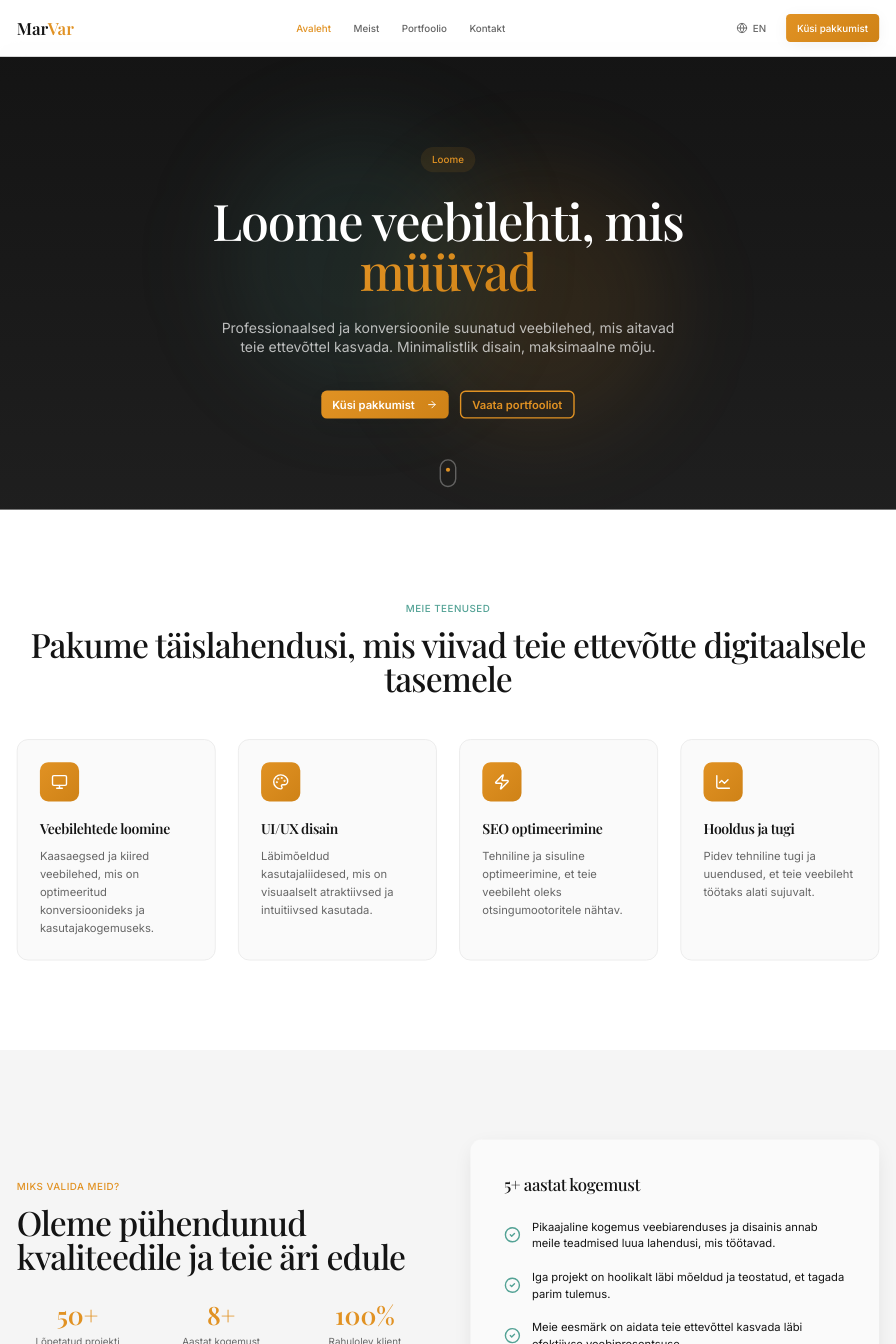
Repository: marvar-tarkvara/MARVAR-LEHT
Page: /
The author's editor kept a copy of each file at every save. The page is drawn from the files as they stood at one save, then again after the next save.
The browser window is 1280 px wide. The pictures show the part of the page from y = 0 to 1920 px (the page is 3005 px tall), at 70% of full size.
Some web fonts or font styles are not loaded; a fallback is used. The project was rebuilt for these pictures with package versions that can differ from the ones it lists, and the page was loaded fresh each time. The framework's server and built-in components were replaced by stand-ins that run in the browser. Also part of the build but not shown: next.config.ts, components/ui/tooltip.tsx.

Above is the page before, as saved 2026-01-18 18:48:28.

### app/layout.tsx
import type { Metadata } from "next";
import { Inter, Playfair_Display } from "next/font/google";
import { LanguageProvider } from "@/contexts/LanguageContext";
import { Toaster } from "@/components/ui/toaster";
import { TooltipProvider } from "@/components/ui/tooltip";
import "./globals.css";

const inter = Inter({
  subsets: ["latin"],
  variable: "--font-inter",
});

const playfair = Playfair_Display({
  subsets: ["latin"],
  variable: "--font-playfair",
});

export const metadata: Metadata = {
  title: "MarVar - Veebilehtede loomine",
  description: "Professionaalsed ja konversioonile suunatud veebilehed, mis aitavad teie ettevõttel kasvada. Minimalistlik disain, maksimaalne mõju.",
};

export default function RootLayout({
  children,
}: Readonly<{
  children: React.ReactNode;
}>) {
  return (
    <html lang="et" suppressHydrationWarning>
      <body className={`${inter.variable} ${playfair.variable} antialiased`}>
        <LanguageProvider>
          <TooltipProvider>
            {children}
            <Toaster />
          </TooltipProvider>
        </LanguageProvider>
      </body>
    </html>
  );
}

### app/page.tsx
import Layout from "@/components/layout/Layout";
import Hero from "@/components/sections/Hero";
import Services from "@/components/sections/Services";
import Trust from "@/components/sections/Trust";
import CTA from "@/components/sections/CTA";

export default function Home() {
  return (
    <Layout>
      <Hero />
      <Services />
      <Trust />
      <CTA />
    </Layout>
  );
}

### components/ui/toaster.tsx
"use client";

import { useToast } from "@/hooks/use-toast";
import { Toast, ToastClose, ToastDescription, ToastProvider, ToastTitle, ToastViewport } from "@/components/ui/toast";

export function Toaster() {
  const { toasts } = useToast();

  return (
    <ToastProvider>
      {toasts.map(function ({ id, title, description, action, ...props }) {
        return (
          <Toast key={id} {...props}>
            <div className="grid gap-1">
              {title && <ToastTitle>{title}</ToastTitle>}
              {description && <ToastDescription>{description}</ToastDescription>}
            </div>
            {action}
            <ToastClose />
          </Toast>
        );
      })}
      <ToastViewport />
    </ToastProvider>
  );
}

### app/globals.css
@tailwind base;
@tailwind components;
@tailwind utilities;

@layer base {
  :root {
    --background: 0 0% 100%;
    --foreground: 0 0% 8%;

    --card: 0 0% 98%;
    --card-foreground: 0 0% 8%;

    --popover: 0 0% 100%;
    --popover-foreground: 0 0% 8%;

    --primary: 0 0% 8%;
    --primary-foreground: 0 0% 100%;

    --secondary: 0 0% 96%;
    --secondary-foreground: 0 0% 8%;

    --muted: 0 0% 94%;
    --muted-foreground: 0 0% 40%;

    --accent: 35 76% 51%;
    --accent-foreground: 0 0% 100%;

    --teal: 170 32% 48%;
    --teal-foreground: 0 0% 100%;

    --destructive: 0 84% 60%;
    --destructive-foreground: 0 0% 100%;

    --border: 0 0% 90%;
    --input: 0 0% 90%;
    --ring: 35 76% 51%;

    --radius: 0.5rem;

    --gradient-accent: linear-gradient(135deg, hsl(35, 76%, 51%) 0%, hsl(35, 80%, 45%) 100%);
    --gradient-teal: linear-gradient(135deg, hsl(170, 32%, 48%) 0%, hsl(170, 35%, 40%) 100%);
    --gradient-dark: linear-gradient(180deg, hsl(0, 0%, 8%) 0%, hsl(0, 0%, 12%) 100%);

    --shadow-soft: 0 4px 24px -4px hsl(0 0% 0% / 0.08);
    --shadow-card: 0 8px 32px -8px hsl(0 0% 0% / 0.12);
    --shadow-elevated: 0 16px 48px -12px hsl(0 0% 0% / 0.16);
  }

  .dark {
    --background: 0 0% 6%;
    --foreground: 0 0% 96%;

    --card: 0 0% 10%;
    --card-foreground: 0 0% 96%;

    --popover: 0 0% 8%;
    --popover-foreground: 0 0% 96%;

    --primary: 0 0% 96%;
    --primary-foreground: 0 0% 6%;

    --secondary: 0 0% 14%;
    --secondary-foreground: 0 0% 96%;

    --muted: 0 0% 16%;
    --muted-foreground: 0 0% 60%;

    --accent: 35 76% 51%;
    --accent-foreground: 0 0% 100%;

    --teal: 170 32% 48%;
    --teal-foreground: 0 0% 100%;

    --destructive: 0 62% 50%;
    --destructive-foreground: 0 0% 100%;

    --border: 0 0% 18%;
    --input: 0 0% 18%;
    --ring: 35 76% 51%;

    --shadow-soft: 0 4px 24px -4px hsl(0 0% 0% / 0.4);
    --shadow-card: 0 8px 32px -8px hsl(0 0% 0% / 0.5);
    --shadow-elevated: 0 16px 48px -12px hsl(0 0% 0% / 0.6);
  }
}

@layer base {
  * {
    @apply border-border;
  }

  html {
    scroll-behavior: smooth;
  }

  body {
    @apply bg-background text-foreground font-sans antialiased;
  }

  h1, h2, h3, h4, h5, h6 {
    @apply font-display font-medium tracking-tight;
  }
}

@layer utilities {
  .text-gradient-accent {
    @apply bg-clip-text text-transparent;
    background-image: var(--gradient-accent);
  }

  .text-gradient-teal {
    @apply bg-clip-text text-transparent;
    background-image: var(--gradient-teal);
  }

  .bg-gradient-accent {
    background: var(--gradient-accent);
  }

  .bg-gradient-teal {
    background: var(--gradient-teal);
  }

  .bg-gradient-dark {
    background: var(--gradient-dark);
  }

  .shadow-soft {
    box-shadow: var(--shadow-soft);
  }

  .shadow-card {
    box-shadow: var(--shadow-card);
  }

  .shadow-elevated {
    box-shadow: var(--shadow-elevated);
  }
}

### components/layout/Layout.tsx
import { ReactNode } from "react";
import Header from "./Header";
import Footer from "./Footer";

interface LayoutProps {
  children: ReactNode;
}

const Layout = ({ children }: LayoutProps) => {
  return (
    <div className="min-h-screen flex flex-col">
      <Header />
      <main className="flex-1 pt-20">{children}</main>
      <Footer />
    </div>
  );
};

export default Layout;

### components/sections/Services.tsx
"use client";

import { motion } from "framer-motion";
import { Monitor, Palette, Zap, LineChart } from "lucide-react";
import { useLanguage } from "@/contexts/LanguageContext";

const Services = () => {
  const { t } = useLanguage();

  const services = [
    {
      icon: Monitor,
      title: t("services.web.title"),
      description: t("services.web.description"),
    },
    {
      icon: Palette,
      title: t("services.design.title"),
      description: t("services.design.description"),
    },
    {
      icon: Zap,
      title: t("services.seo.title"),
      description: t("services.seo.description"),
    },
    {
      icon: LineChart,
      title: t("services.maintenance.title"),
      description: t("services.maintenance.description"),
    },
  ];

  return (
    <section className="py-24 md:py-32 bg-background">
      <div className="container mx-auto px-6">
        <motion.div
          initial={{ opacity: 0, y: 20 }}
          whileInView={{ opacity: 1, y: 0 }}
          viewport={{ once: true }}
          transition={{ duration: 0.6 }}
          className="text-center mb-16"
        >
          <span className="text-teal text-sm font-medium uppercase tracking-wider">
            {t("services.title")}
          </span>
          <h2 className="mt-4 text-3xl md:text-4xl lg:text-5xl font-display font-medium">
            {t("services.subtitle")}
          </h2>
        </motion.div>

        <div className="grid grid-cols-1 md:grid-cols-2 lg:grid-cols-4 gap-8">
          {services.map((service, index) => (
            <motion.div
              key={service.title}
              initial={{ opacity: 0, y: 30 }}
              whileInView={{ opacity: 1, y: 0 }}
              viewport={{ once: true }}
              transition={{ duration: 0.6, delay: index * 0.1 }}
              className="group p-8 rounded-2xl bg-card border border-border hover:border-accent/30 transition-all duration-300 hover:shadow-card"
            >
              <div className="w-14 h-14 rounded-xl bg-gradient-accent flex items-center justify-center mb-6 group-hover:scale-110 transition-transform duration-300">
                <service.icon className="w-6 h-6 text-accent-foreground" />
              </div>
              <h3 className="text-xl font-semibold mb-3">{service.title}</h3>
              <p className="text-muted-foreground leading-relaxed">
                {service.description}
              </p>
            </motion.div>
          ))}
        </div>
      </div>
    </section>
  );
};

export default Services;

### components/sections/CTA.tsx
"use client";

import { motion } from "framer-motion";
import Link from "next/link";
import { ArrowRight } from "lucide-react";
import { Button } from "@/components/ui/button";
import { useLanguage } from "@/contexts/LanguageContext";

const CTA = () => {
  const { t } = useLanguage();

  return (
    <section className="py-24 md:py-32 bg-gradient-dark relative overflow-hidden">
      {/* Background Accent */}
      <div className="absolute top-0 right-0 w-1/2 h-full bg-accent/5 blur-3xl" />

      <div className="container mx-auto px-6 relative z-10">
        <motion.div
          initial={{ opacity: 0, y: 30 }}
          whileInView={{ opacity: 1, y: 0 }}
          viewport={{ once: true }}
          transition={{ duration: 0.6 }}
          className="max-w-3xl mx-auto text-center"
        >
          <h2 className="text-3xl md:text-4xl lg:text-5xl font-display font-medium text-primary-foreground leading-tight">
            {t("cta.title")}
          </h2>
          <p className="mt-6 text-lg text-primary-foreground/70 max-w-xl mx-auto">
            {t("cta.description")}
          </p>
          <motion.div
            initial={{ opacity: 0, y: 20 }}
            whileInView={{ opacity: 1, y: 0 }}
            viewport={{ once: true }}
            transition={{ duration: 0.6, delay: 0.2 }}
            className="mt-10"
          >
            <Button variant="hero" size="xl" asChild>
              <Link href="/kontakt">
                {t("cta.button")}
                <ArrowRight className="w-5 h-5 ml-2" />
              </Link>
            </Button>
          </motion.div>
        </motion.div>
      </div>
    </section>
  );
};

export default CTA;

### components/layout/Header.tsx
"use client";

import { useState } from "react";
import Link from "next/link";
import { usePathname } from "next/navigation";
import { motion, AnimatePresence } from "framer-motion";
import { Menu, X, Globe } from "lucide-react";
import { Button } from "@/components/ui/button";
import { useLanguage } from "@/contexts/LanguageContext";

const Header = () => {
  const [isMenuOpen, setIsMenuOpen] = useState(false);
  const pathname = usePathname();
  const { language, setLanguage, t } = useLanguage();

  const isActive = (path: string) => pathname === path;

  const navLinks = [
    { href: "/", label: t("nav.home") },
    { href: "/meist", label: t("nav.about") },
    { href: "/portfolio", label: t("nav.portfolio") },
    { href: "/kontakt", label: t("nav.contact") },
  ];

  const toggleLanguage = () => {
    setLanguage(language === "et" ? "en" : "et");
  };

  return (
    <header className="fixed top-0 left-0 right-0 z-50 bg-background/80 backdrop-blur-lg border-b border-border">
      <div className="container mx-auto px-6">
        <div className="flex items-center justify-between h-20">
          {/* Logo */}
          <Link href="/" className="flex items-center gap-3">
            <span className="text-2xl font-display font-semibold text-foreground">
              Mar<span className="text-accent">Var</span>
            </span>
          </Link>

          {/* Desktop Navigation */}
          <nav className="hidden md:flex items-center gap-8">
            {navLinks.map((link) => (
              <Link
                key={link.href}
                href={link.href}
                className={`text-sm font-medium transition-colors duration-300 ${
                  isActive(link.href)
                    ? "text-accent"
                    : "text-muted-foreground hover:text-foreground"
                }`}
              >
                {link.label}
              </Link>
            ))}
          </nav>

          {/* Language Toggle & CTA Button */}
          <div className="hidden md:flex items-center gap-4">
            <button
              onClick={toggleLanguage}
              className="flex items-center gap-2 px-3 py-2 rounded-lg text-sm font-medium text-muted-foreground hover:text-foreground hover:bg-secondary transition-all duration-300"
              aria-label="Toggle language"
            >
              <Globe className="w-4 h-4" />
              <span className="uppercase">{language === "et" ? "EN" : "ET"}</span>
            </button>
            <Button variant="accent" asChild>
              <Link href="/kontakt">{t("nav.cta")}</Link>
            </Button>
          </div>

          {/* Mobile Menu Button */}
          <button
            className="md:hidden p-2"
            onClick={() => setIsMenuOpen(!isMenuOpen)}
            aria-label="Toggle menu"
          >
            {isMenuOpen ? (
              <X className="w-6 h-6 text-foreground" />
            ) : (
              <Menu className="w-6 h-6 text-foreground" />
            )}
          </button>
        </div>
      </div>

      {/* Mobile Menu */}
      <AnimatePresence>
        {isMenuOpen && (
          <motion.div
            initial={{ opacity: 0, height: 0 }}
            animate={{ opacity: 1, height: "auto" }}
            exit={{ opacity: 0, height: 0 }}
            className="md:hidden bg-background border-t border-border"
          >
            <nav className="container mx-auto px-6 py-6 flex flex-col gap-4">
              {navLinks.map((link) => (
                <Link
                  key={link.href}
                  href={link.href}
                  onClick={() => setIsMenuOpen(false)}
                  className={`text-lg font-medium py-2 transition-colors duration-300 ${
                    isActive(link.href)
                      ? "text-accent"
                      : "text-muted-foreground hover:text-foreground"
                  }`}
                >
                  {link.label}
                </Link>
              ))}
              <button
                onClick={toggleLanguage}
                className="flex items-center gap-2 py-2 text-lg font-medium text-muted-foreground hover:text-foreground transition-colors"
              >
                <Globe className="w-5 h-5" />
                <span>{language === "et" ? "English" : "Eesti"}</span>
              </button>
              <Button variant="accent" className="mt-4" asChild>
                <Link href="/kontakt" onClick={() => setIsMenuOpen(false)}>
                  {t("nav.cta")}
                </Link>
              </Button>
            </nav>
          </motion.div>
        )}
      </AnimatePresence>
    </header>
  );
};

export default Header;

### components/layout/Footer.tsx
"use client";

import Link from "next/link";
import { useLanguage } from "@/contexts/LanguageContext";

const Footer = () => {
  const { t } = useLanguage();

  return (
    <footer className="bg-primary text-primary-foreground py-16">
      <div className="container mx-auto px-6">
        <div className="grid grid-cols-1 md:grid-cols-4 gap-12">
          {/* Brand */}
          <div className="md:col-span-2">
            <Link href="/" className="flex items-center gap-3">
              <span className="text-2xl font-display font-semibold">
                Mar<span className="text-accent">Var</span>
              </span>
            </Link>
            <p className="mt-4 text-primary-foreground/70 max-w-sm leading-relaxed">
              {t("footer.description")}
            </p>
          </div>

          {/* Navigation */}
          <div>
            <h4 className="font-semibold mb-4">{t("footer.navigation")}</h4>
            <nav className="flex flex-col gap-3">
              <Link href="/" className="text-primary-foreground/70 hover:text-accent transition-colors">
                {t("nav.home")}
              </Link>
              <Link href="/meist" className="text-primary-foreground/70 hover:text-accent transition-colors">
                {t("nav.about")}
              </Link>
              <Link href="/portfolio" className="text-primary-foreground/70 hover:text-accent transition-colors">
                {t("nav.portfolio")}
              </Link>
              <Link href="/kontakt" className="text-primary-foreground/70 hover:text-accent transition-colors">
                {t("nav.contact")}
              </Link>
            </nav>
          </div>

          {/* Contact */}
          <div>
            <h4 className="font-semibold mb-4">{t("footer.contact")}</h4>
            <div className="flex flex-col gap-3 text-primary-foreground/70">
              <a href="mailto:info@marvar.ee" className="hover:text-accent transition-colors">
                info@marvar.ee
              </a>
              <a href="tel:+3725551234" className="hover:text-accent transition-colors">
                +372 555 1234
              </a>
              <p>Tallinn, Eesti</p>
            </div>
          </div>
        </div>

        <div className="mt-16 pt-8 border-t border-primary-foreground/10 flex flex-col md:flex-row justify-between items-center gap-4">
          <p className="text-sm text-primary-foreground/50">
            © {new Date().getFullYear()} MarVar. {t("footer.rights")}
          </p>
        </div>
      </div>
    </footer>
  );
};

export default Footer;

### components/ui/button.tsx
import * as React from "react";
import { Slot } from "@radix-ui/react-slot";
import { cva, type VariantProps } from "class-variance-authority";

import { cn } from "@/lib/utils";

const buttonVariants = cva(
  "inline-flex items-center justify-center gap-2 whitespace-nowrap rounded-md text-sm font-medium ring-offset-background transition-all duration-300 focus-visible:outline-none focus-visible:ring-2 focus-visible:ring-ring focus-visible:ring-offset-2 disabled:pointer-events-none disabled:opacity-50 [&_svg]:pointer-events-none [&_svg]:size-4 [&_svg]:shrink-0",
  {
    variants: {
      variant: {
        default: "bg-primary text-primary-foreground hover:bg-primary/90",
        destructive: "bg-destructive text-destructive-foreground hover:bg-destructive/90",
        outline: "border border-input bg-background hover:bg-accent hover:text-accent-foreground",
        secondary: "bg-secondary text-secondary-foreground hover:bg-secondary/80",
        ghost: "hover:bg-accent hover:text-accent-foreground",
        link: "text-primary underline-offset-4 hover:underline",
        accent: "bg-gradient-accent text-accent-foreground hover:opacity-90 shadow-soft hover:shadow-card",
        teal: "bg-gradient-teal text-teal-foreground hover:opacity-90 shadow-soft hover:shadow-card",
        hero: "bg-gradient-accent text-accent-foreground text-base font-semibold px-8 py-6 rounded-lg shadow-card hover:shadow-elevated hover:scale-[1.02] active:scale-[0.98]",
        heroOutline: "border-2 border-accent text-accent hover:bg-accent hover:text-accent-foreground text-base font-semibold px-8 py-6 rounded-lg",
      },
      size: {
        default: "h-10 px-4 py-2",
        sm: "h-9 rounded-md px-3",
        lg: "h-12 rounded-md px-8 text-base",
        xl: "h-14 rounded-lg px-10 text-lg",
        icon: "h-10 w-10",
      },
    },
    defaultVariants: {
      variant: "default",
      size: "default",
    },
  },
);

export interface ButtonProps
  extends React.ButtonHTMLAttributes<HTMLButtonElement>,
    VariantProps<typeof buttonVariants> {
  asChild?: boolean;
}

const Button = React.forwardRef<HTMLButtonElement, ButtonProps>(
  ({ className, variant, size, asChild = false, ...props }, ref) => {
    const Comp = asChild ? Slot : "button";
    return <Comp className={cn(buttonVariants({ variant, size, className }))} ref={ref} {...props} />;
  },
);
Button.displayName = "Button";

export { Button, buttonVariants };

Loaded but not shown: lib/utils.ts (common file); contexts/LanguageContext.tsx (242 lines, source omitted); components/ui/toast.tsx (113 lines, source omitted); hooks/use-toast.ts (186 lines, source omitted); components/sections/Hero.tsx (95 lines, source omitted); components/sections/Trust.tsx (103 lines, source omitted); tailwind.config.ts (99 lines, source omitted)

After the next save:
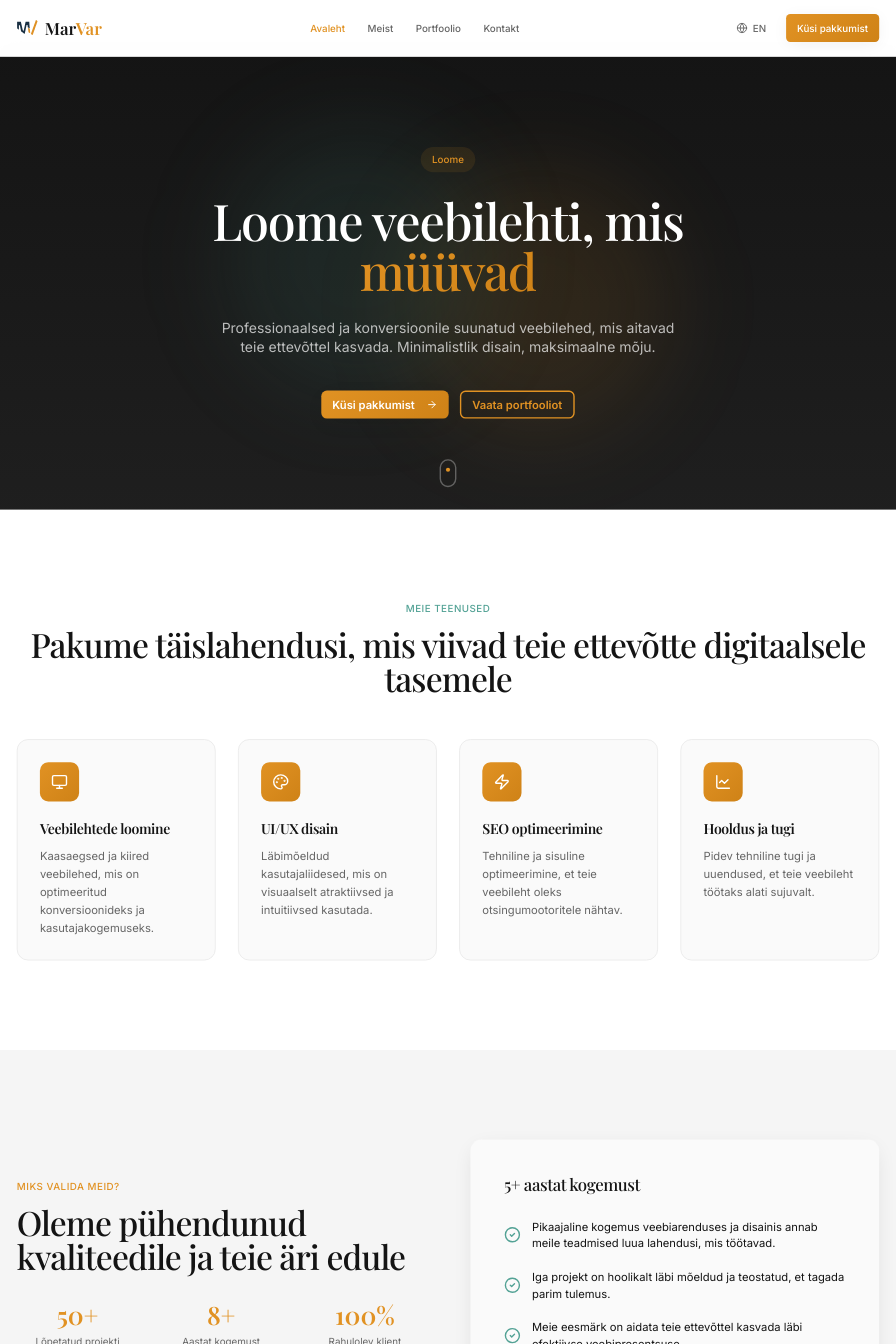
Saved 8 min 49 s later.
--- a/app/layout.tsx
+++ b/app/layout.tsx
@@ -18,6 +18,10 @@ const playfair = Playfair_Display({
 export const metadata: Metadata = {
   title: "MarVar - Veebilehtede loomine",
   description: "Professionaalsed ja konversioonile suunatud veebilehed, mis aitavad teie ettevõttel kasvada. Minimalistlik disain, maksimaalne mõju.",
+  icons: {
+    icon: "/marvar.svg",
+    apple: "/marvar.svg",
+  },
 };
 
 export default function RootLayout({
--- a/components/layout/Header.tsx
+++ b/components/layout/Header.tsx
@@ -2,6 +2,7 @@
 
 import { useState } from "react";
 import Link from "next/link";
+import Image from "next/image";
 import { usePathname } from "next/navigation";
 import { motion, AnimatePresence } from "framer-motion";
 import { Menu, X, Globe } from "lucide-react";
@@ -31,7 +32,8 @@ const Header = () => {
       <div className="container mx-auto px-6">
         <div className="flex items-center justify-between h-20">
           {/* Logo */}
-          <Link href="/" className="flex items-center gap-3">
+          <Link href="/" className="flex items-center gap-2">
+            <Image src="/marvar.svg" alt="MarVar logo" width={32} height={32} className="h-8 w-8" />
             <span className="text-2xl font-display font-semibold text-foreground">
               Mar<span className="text-accent">Var</span>
             </span>
--- a/components/layout/Footer.tsx
+++ b/components/layout/Footer.tsx
@@ -1,6 +1,7 @@
 "use client";
 
 import Link from "next/link";
+import Image from "next/image";
 import { useLanguage } from "@/contexts/LanguageContext";
 
 const Footer = () => {
@@ -12,7 +13,8 @@ const Footer = () => {
         <div className="grid grid-cols-1 md:grid-cols-4 gap-12">
           {/* Brand */}
           <div className="md:col-span-2">
-            <Link href="/" className="flex items-center gap-3">
+            <Link href="/" className="flex items-center gap-2">
+              <Image src="/marvar.svg" alt="MarVar logo" width={32} height={32} className="h-8 w-8" />
               <span className="text-2xl font-display font-semibold">
                 Mar<span className="text-accent">Var</span>
               </span>
